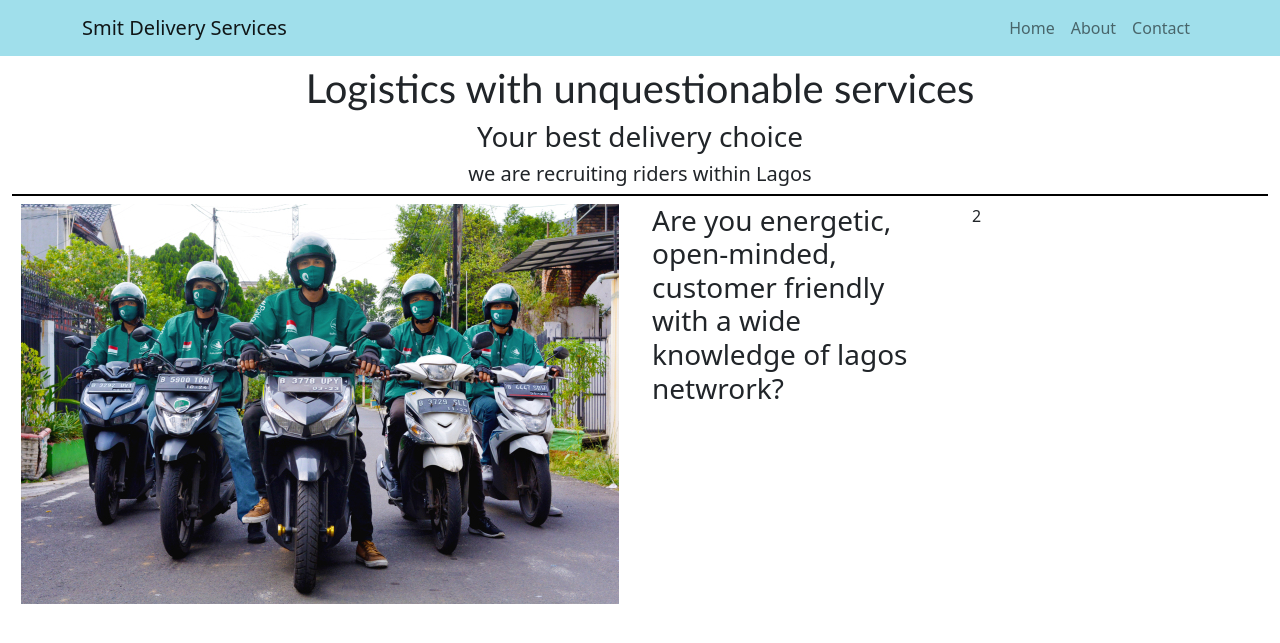
Repository: smit1298/logistic
Page: /
The author's editor kept a copy of each file at every save. The page is drawn from the files as they stood at one save, then again after a run of saves.
The browser window is 1280 px wide. The pictures show the whole page.
The project was rebuilt for these pictures with package versions that can differ from the ones it lists, and the page was loaded fresh each time.

Above is the page before, as saved 2021-10-04 08:20:35.

After the next 3 saves:
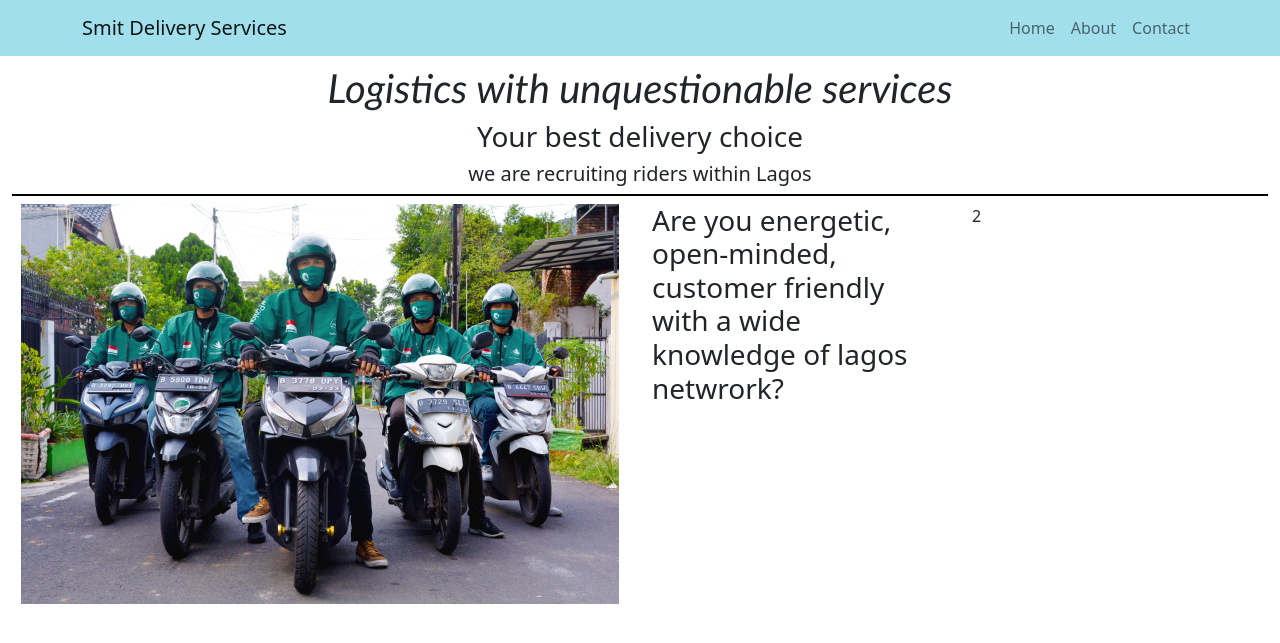
The 3 saves are shown as one change because they came seconds apart.
The last was saved 12 s later.
--- a/src/components/recruit/RecruitForm.css
+++ b/src/components/recruit/RecruitForm.css
@@ -17,5 +17,5 @@ html {
 
 #top h1{
 font-family: 'Gill Sans', 'Gill Sans MT', Calibri, 'Trebuchet MS', sans-serif !important;
-
+font-style: italic;
 }
